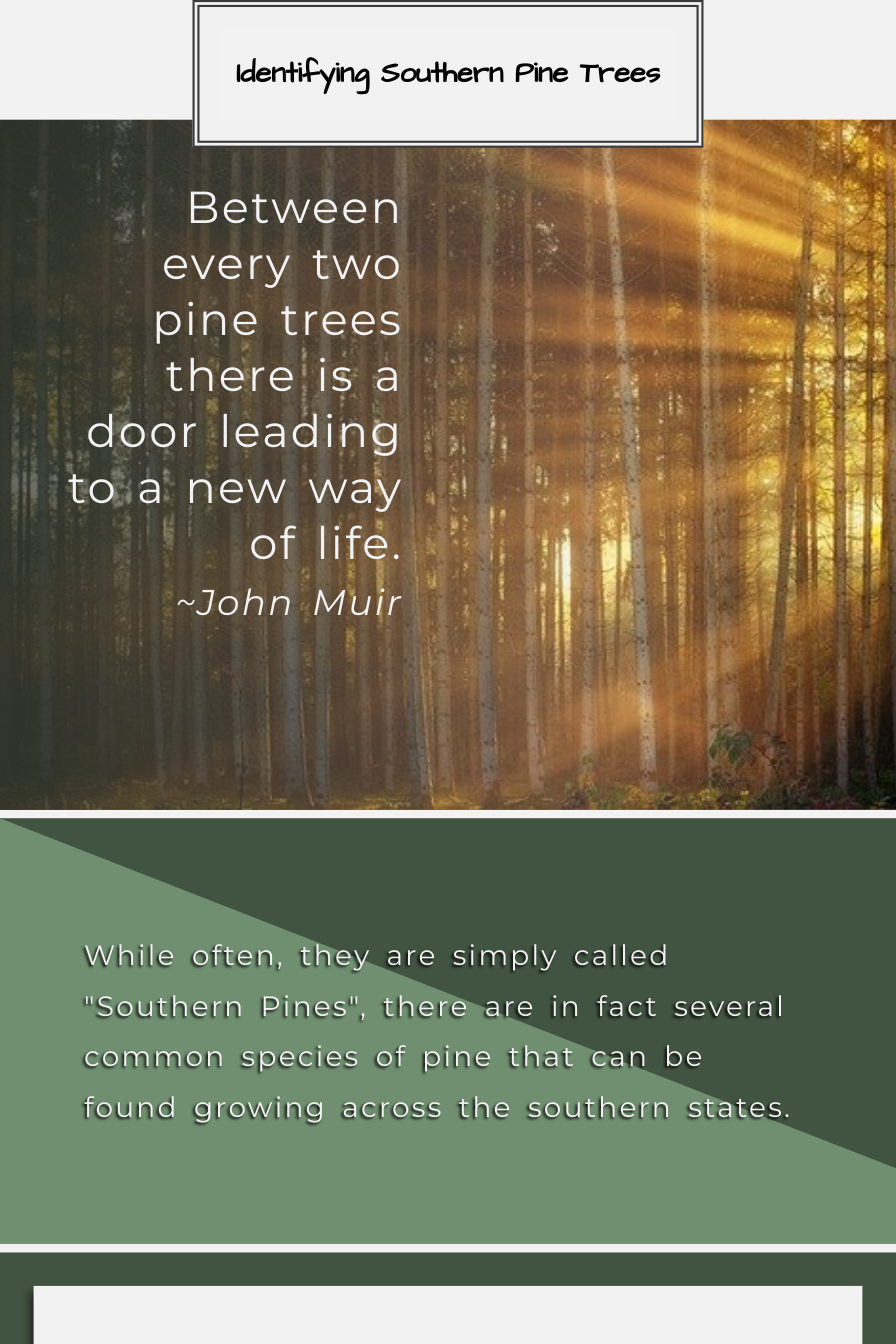
Repository: Sbethm/louisianaPineTrees
Page: pine_main.html
These files come from the project's save history. The page is drawn as it stood at one moment and after a run of saves; the edit follows.
The browser window is 1280 px wide. The pictures show the part of the page from y = 0 to 1920 px (the page is 2832 px tall before and 2411 px after), at 70% of full size.
The style sheet was rebuilt from its Sass, Less or Tailwind sources for each picture, by a compiler version that may differ from the author's.

Above is the page before, as saved 2021-09-24 11:52:47.

After the next 10 saves:
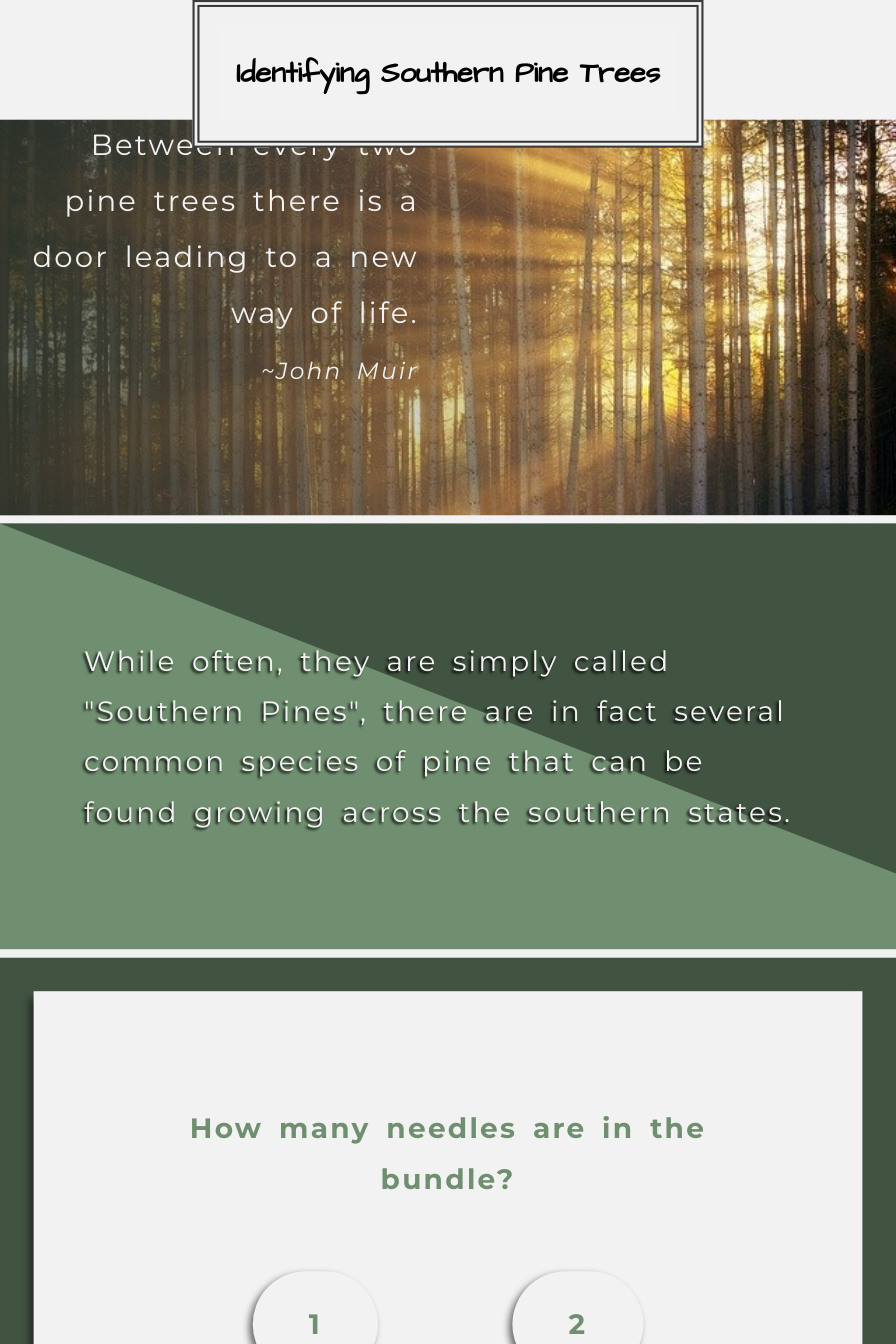
The 10 saves are shown as one change because 2 did not build or start and some came seconds apart.
The last was saved 36 s later.
--- a/src/scss/main.scss
+++ b/src/scss/main.scss
@@ -84,7 +84,7 @@ p {
     padding: 4em 1em;
     width: 50%;
     text-align: right;
-    font-size: 4rem;
+    font-size: clamp(2rem, 1rem + 2vw, 3rem);
     line-height: 5rem;
     letter-spacing: 0.2rem;
     word-spacing: 0.5rem;
